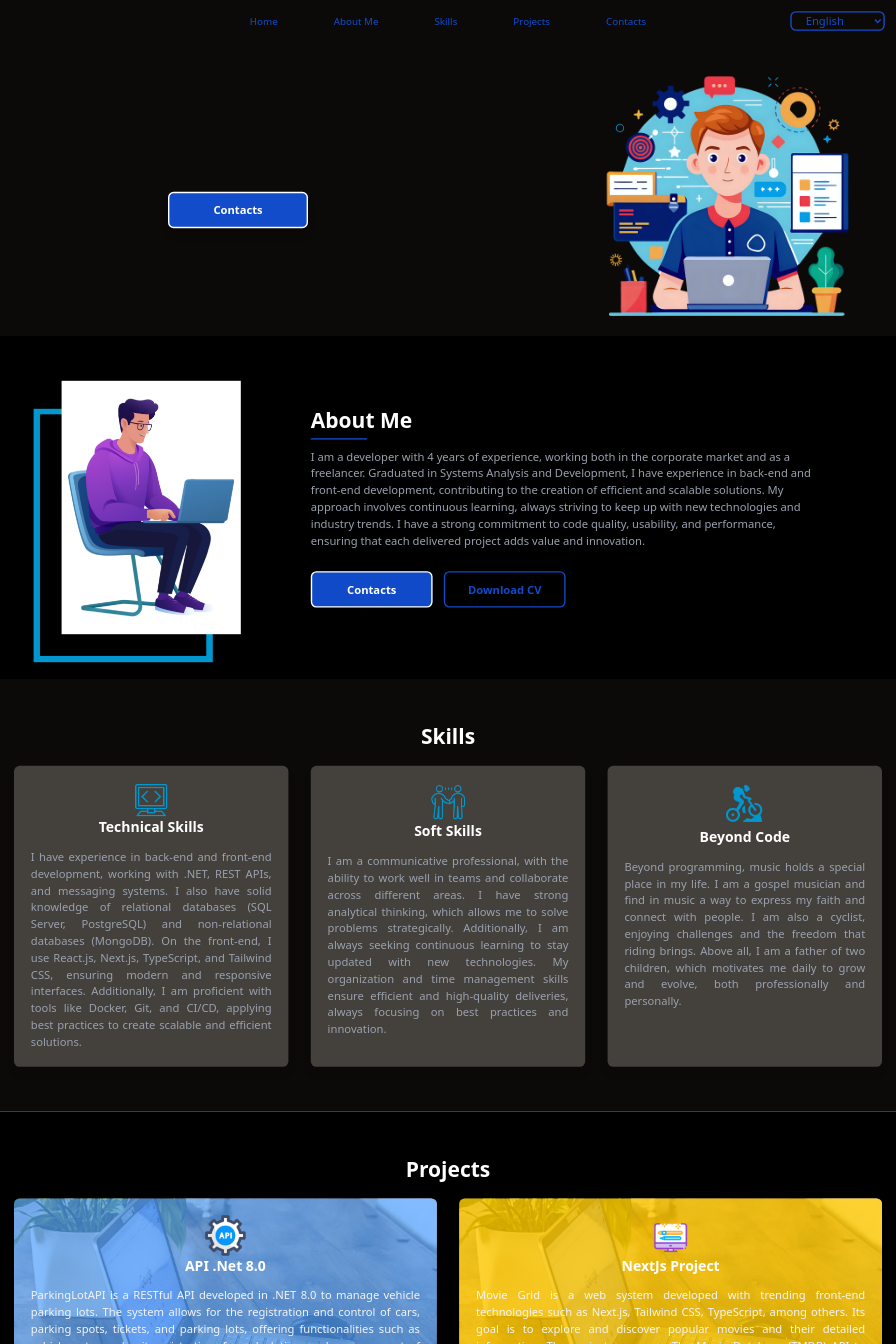
Repository: kcsdesenvolvedor/portfolio
Page: index.html
These files come from the project's save history. The page is drawn as it stood at one moment and after the next save; the edit follows.
The browser window is 1280 px wide. The pictures show the part of the page from y = 0 to 1920 px (the page is 2838 px tall), at 70% of full size.

Above is the page before, as saved 2025-03-26 19:51:33.
Console error: TypeError: Cannot read properties of null (reading 'textContent')

After the next save:
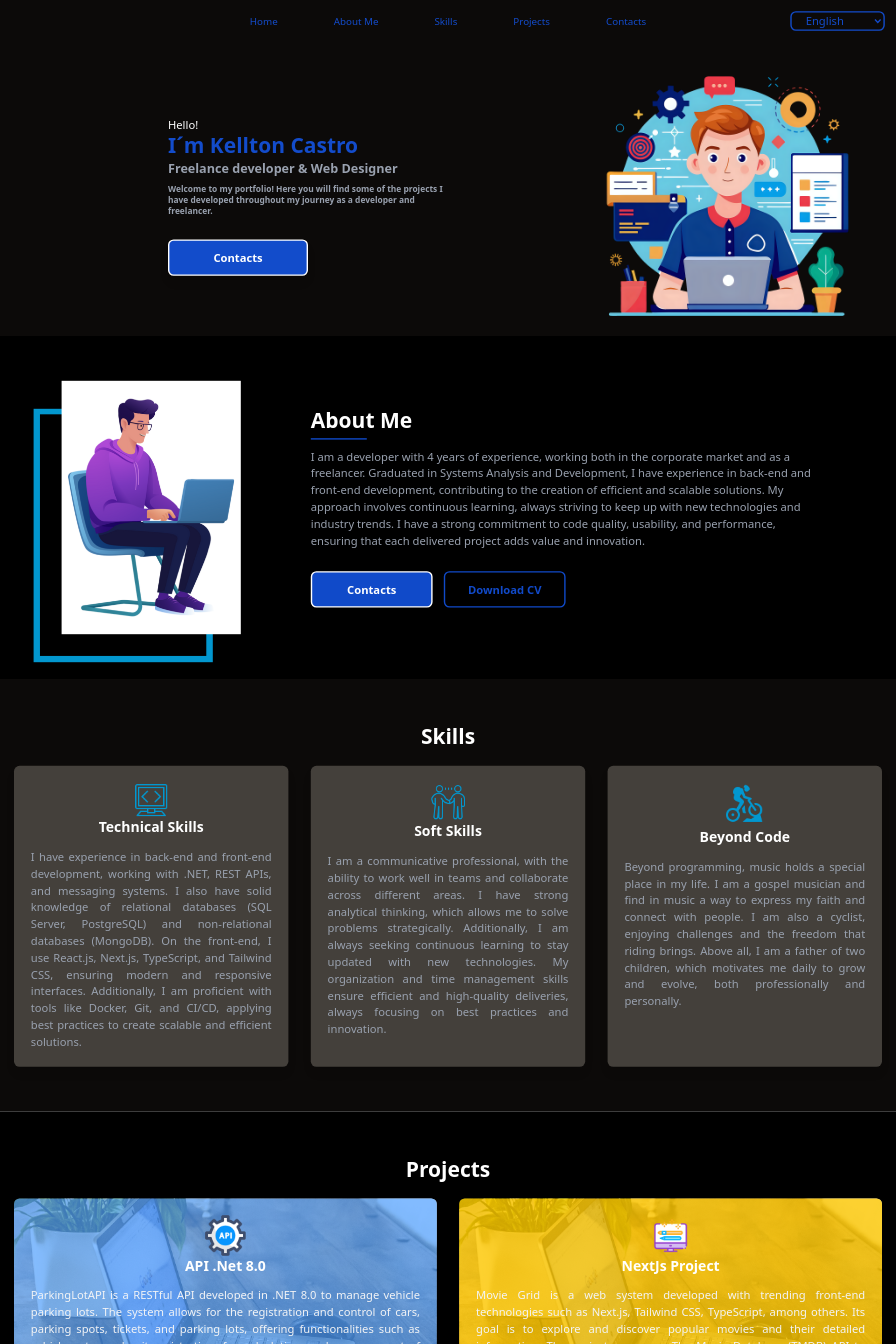
Saved 2 s later.
--- a/js/translations.js
+++ b/js/translations.js
@@ -5,7 +5,11 @@ const translations = {
       "skills": "Skills",
       "projects": "Projects",
       "contacts": "Contacts",
-      "language": "Language"
+      "language": "Language",
+      "hello": "Hello!",
+      "apresentationMe": "I´m Kellton Castro",
+      "myProfission": "Freelance developer & Web Designer",
+      "welcomePortfolio": "Welcome to my portfolio! Here you will find some of the projects I have developed throughout my journey as a developer and freelancer."
     },
     pt: {
       "home": "Início",
@@ -13,6 +17,10 @@ const translations = {
       "skills": "Habilidades",
       "projects": "Projetos",
       "contacts": "Contatos",
-      "language": "Idioma"
+      "language": "Idioma",
+      "hello": "Olá!",
+      "apresentationMe": "Eu sou Kellton Castro",
+      "myProfission": "Desenvolvedor Freelancer & Web Designer",
+      "welcomePortfolio": "Bem-vindo ao meu portfólio! Aqui você encontrará alguns dos projetos que desenvolvi ao longo da minha jornada como desenvolvedor e freelancer."
     }
   };
